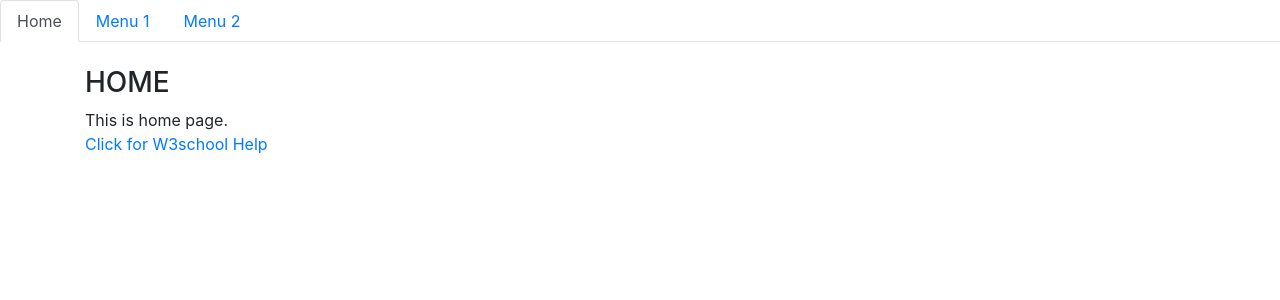
Repository: mindcafe/LiveDataDisplayFrontend
Page: LatestWorkspace/AlMark/WebContent/index2.html
The author's editor kept a copy of each file at every save. The page is drawn from the files as they stood at one save, then again after the next save.
The browser window is 1280 px wide. The pictures show the whole page.

Above is the page before, as saved 2018-06-30 23:09:14.

### LatestWorkspace/AlMark/WebContent/index2.html
<!DOCTYPE html PUBLIC "-//W3C//DTD HTML 4.01 Transitional//EN" "http://www.w3.org/TR/html4/loose.dtd">
<html>
<head>
<meta http-equiv="Content-Type" content="text/html; charset=ISO-8859-1">
<title>ALMark</title>
<meta name="viewport" content="width=device-width, initial-scale=1">
  <link rel="stylesheet" href="libraries/bootstrap.min.css">
  <script src="libraries/jquery-3.3.1.min.js"></script>
  <script src="libraries/bootstrap.bundle.min.js"></script>

  <!-- <script>
$(document).ready(function(){
    $("button").click(function(){
        $.ajax({url: '/AlMark/src/xml/witsmlData_1sec.xml', success: function(result){
            $("#div1").html(result);
        }});
    });
});
</script> -->

 </head>
<body>

<!-- <div id="div1"><h2>Let jQuery AJAX Change This Text</h2></div>

<button>Get External Content</button>
 -->
  <!-- Tab panes -->
<ul class="nav nav-tabs" role="tablist">
	<li class="nav-item">
      <a class="nav-link active" data-toggle="tab" href="#home">Home</a>
    </li>

	<li class="nav-item">
      <a class="nav-link " data-toggle="tab" href="#menu1">Menu 1</a>
    </li>
    <li class="nav-item">
      <a class="nav-link" data-toggle="tab" href="#menu2">Menu 2</a>
    </li>
  </ul>

  <!-- Tab panes -->
  <div class="tab-content">

  	<div id="menu1" class="container tab-pane"><br>
      <h3>Menu 1</h3>
      <p>This is Menu 1.</p>
    </div>
    <div id="home" class="container tab-pane active"><br>
      <h3>HOME</h3>
      <p>This is home page.<br>
      	<!-- <a target="_blank" href="https://66cfdaeb-3982-4599-af5a-03db28e5741d.mock.pstmn.io/witsLogData">Click for W3school Help</a> -->
      	<a href="https://66cfdaeb-3982-4599-af5a-03db28e5741d.mock.pstmn.io/witsLogData">Click for W3school Help</a>

      </p>
    </div>

    <div id="menu2" class="container tab-pane "><br>
      <h3>Menu 2</h3>
      <p>This is in Menu 2 page</p>
    </div>
  </div>
</div>
</body>
</html>

Loaded but not shown: LatestWorkspace/AlMark/WebContent/libraries/bootstrap.min.css (library); LatestWorkspace/AlMark/WebContent/libraries/jquery-3.3.1.min.js (library); LatestWorkspace/AlMark/WebContent/libraries/bootstrap.bundle.min.js (library)

After the next save:
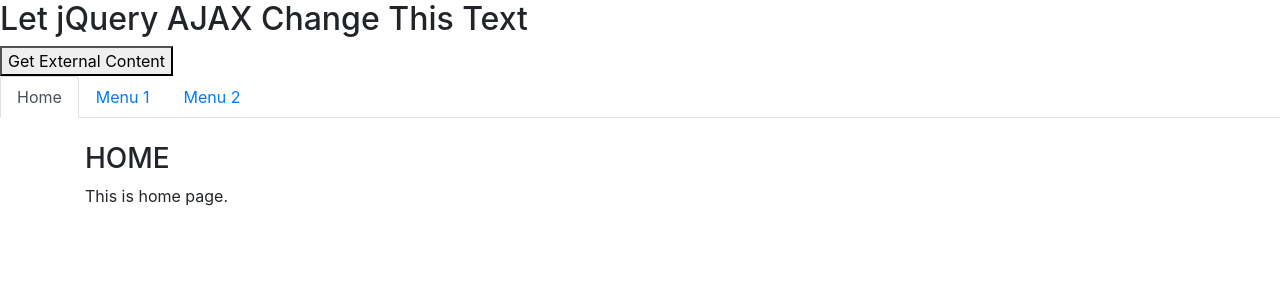
Saved 104 s later.
--- a/LatestWorkspace/AlMark/WebContent/index2.html
+++ b/LatestWorkspace/AlMark/WebContent/index2.html
@@ -8,7 +8,7 @@
   <script src="libraries/jquery-3.3.1.min.js"></script>
   <script src="libraries/bootstrap.bundle.min.js"></script>
 
-  <!-- <script>
+  <script>
 $(document).ready(function(){
     $("button").click(function(){
         $.ajax({url: '/AlMark/src/xml/witsmlData_1sec.xml', success: function(result){
@@ -16,15 +16,15 @@
         }});
     });
 });
-</script> -->
+</script>
 
  </head>
 <body>
 
-<!-- <div id="div1"><h2>Let jQuery AJAX Change This Text</h2></div>
+<div id="div1"><h2>Let jQuery AJAX Change This Text</h2></div>
 
 <button>Get External Content</button>
- -->
+
   <!-- Tab panes -->
 <ul class="nav nav-tabs" role="tablist">
 	<li class="nav-item">
@@ -50,7 +50,7 @@
       <h3>HOME</h3>
       <p>This is home page.<br>
       	<!-- <a target="_blank" href="https://66cfdaeb-3982-4599-af5a-03db28e5741d.mock.pstmn.io/witsLogData">Click for W3school Help</a> -->
-      	<a href="https://66cfdaeb-3982-4599-af5a-03db28e5741d.mock.pstmn.io/witsLogData">Click for W3school Help</a>
+      	<!-- <a href="https://66cfdaeb-3982-4599-af5a-03db28e5741d.mock.pstmn.io/witsLogData">Click for W3school Help</a> -->
 
       </p>
     </div>
